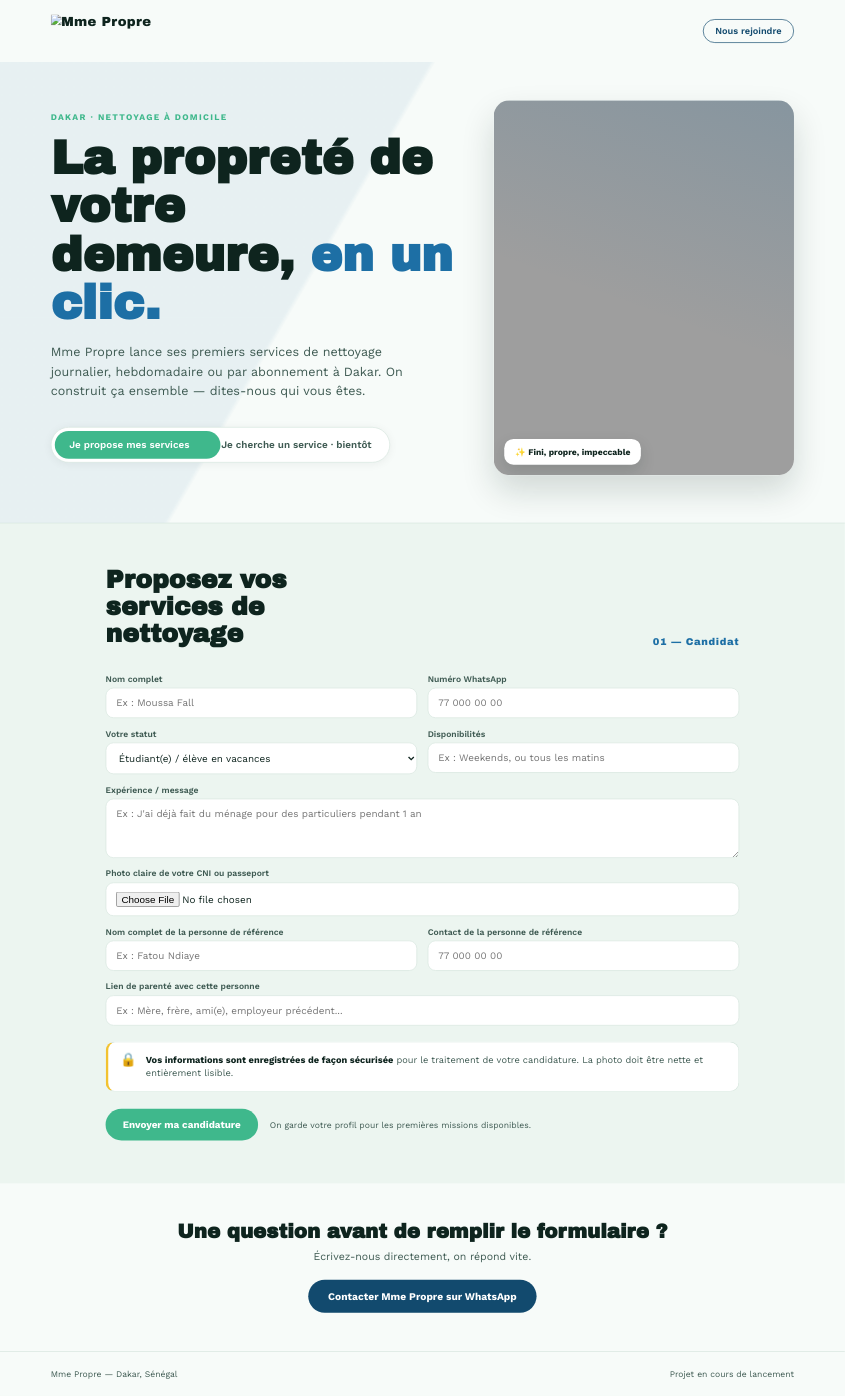
Repository: AntaaaKD/Mme-Propre
Page: test.html
The author's editor kept a copy of each file at every save. The page is drawn from the files as they stood at one save, then again after the next save.
The browser window is 1280 px wide. The pictures show the whole page, at 66% of full size.
Pictures or frames that could not be fetched are drawn as grey boxes.

Above is the page before, as saved 2026-07-20 00:58:57.
Not found: images/logo.png

After the next save:
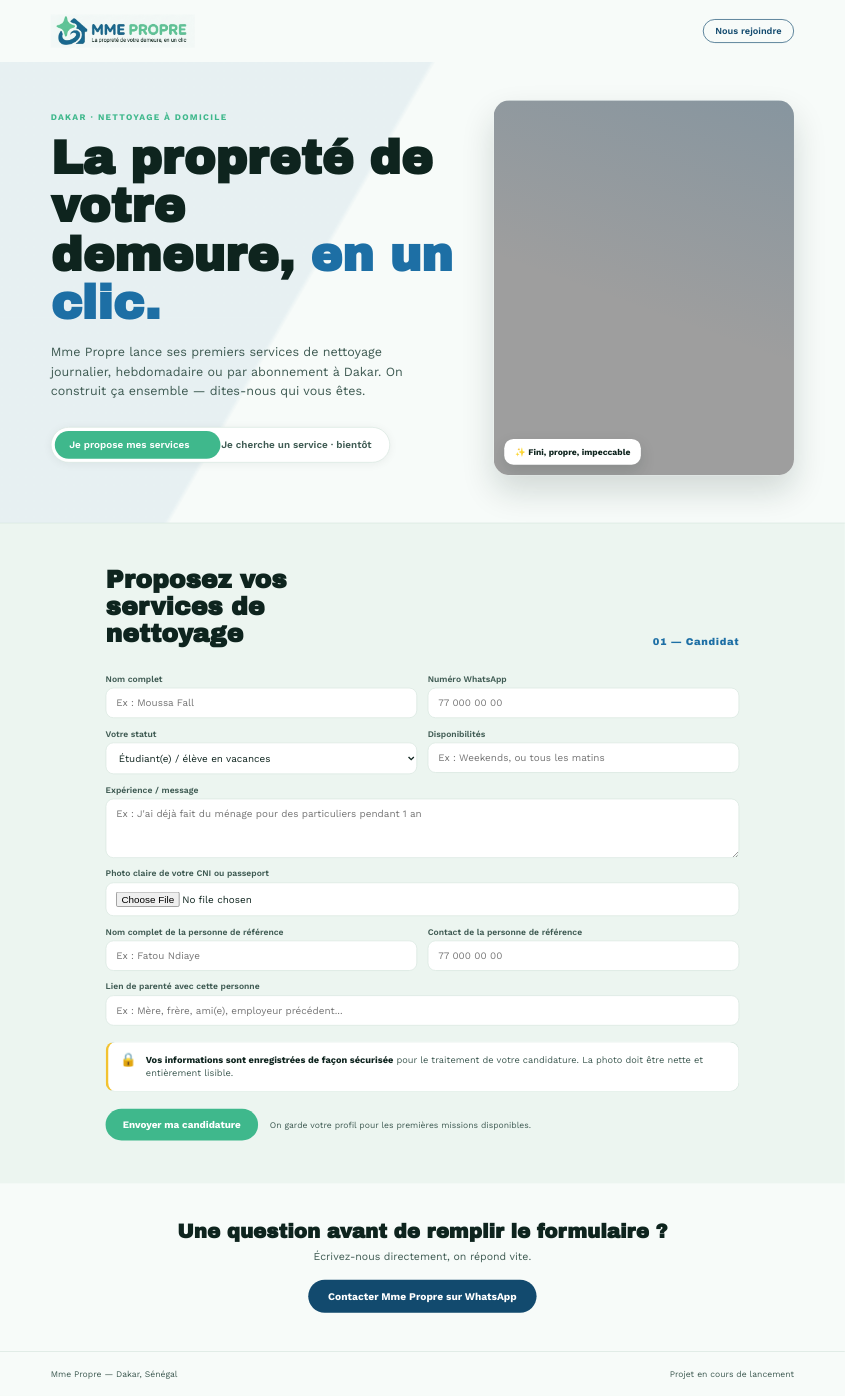
Saved 40 s later.
--- a/test.html
+++ b/test.html
@@ -217,7 +217,7 @@
 <header>
   <div class="logo">
     <!-- Le chemin est relatif à votre fichier HTML -->
-    <img src="images/logo.png"
+    <img src="images/logo-mmepropre.png"
          alt="Mme Propre"
          class="logo-img">
   </div>
